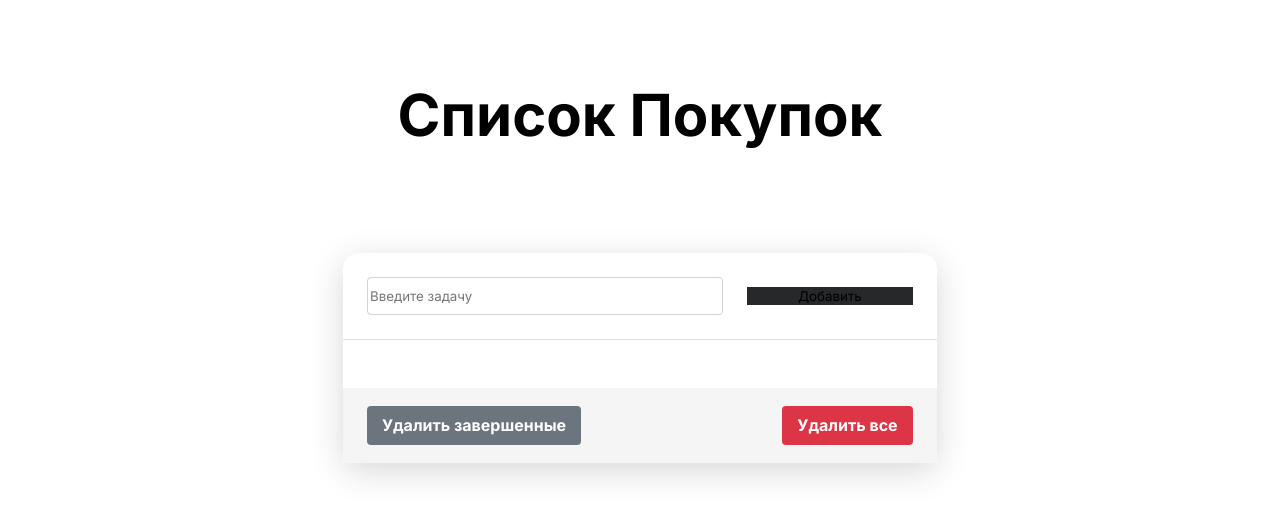
Repository: Tchistyakov/todolist
Page: /
The author's editor kept a copy of each file at every save. The page is drawn from the files as they stood at one save, then again after a run of saves.
The browser window is 1280 px wide. The pictures show the whole page.
The project was rebuilt for these pictures with package versions that can differ from the ones it lists, and the page was loaded fresh each time.

Above is the page before, as saved 2021-12-22 00:17:48.

After the next 4 saves:
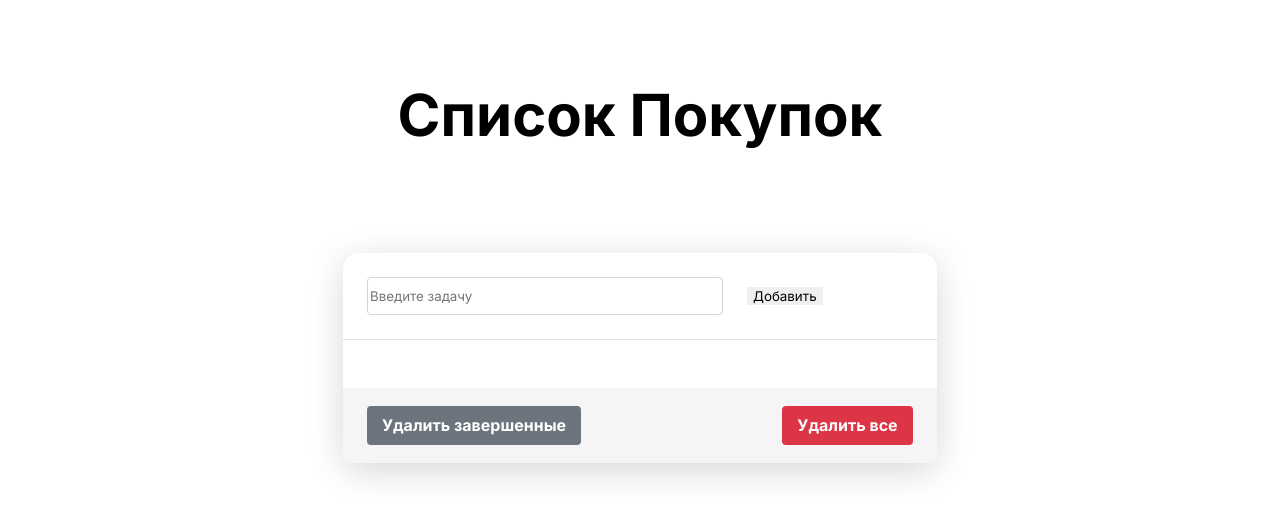
The 4 saves are shown as one change because 3 did not build or start.
The last was saved 4 min 30 s later.
--- a/src/Component/Button.js
+++ b/src/Component/Button.js
@@ -1,6 +1,6 @@
 function Button({type, children}) {
     return (
-        <button className={'btn', type}>
+        <button className={'btn' + type}>
             {children}
         </button>
     )

After the 3 saves that followed:
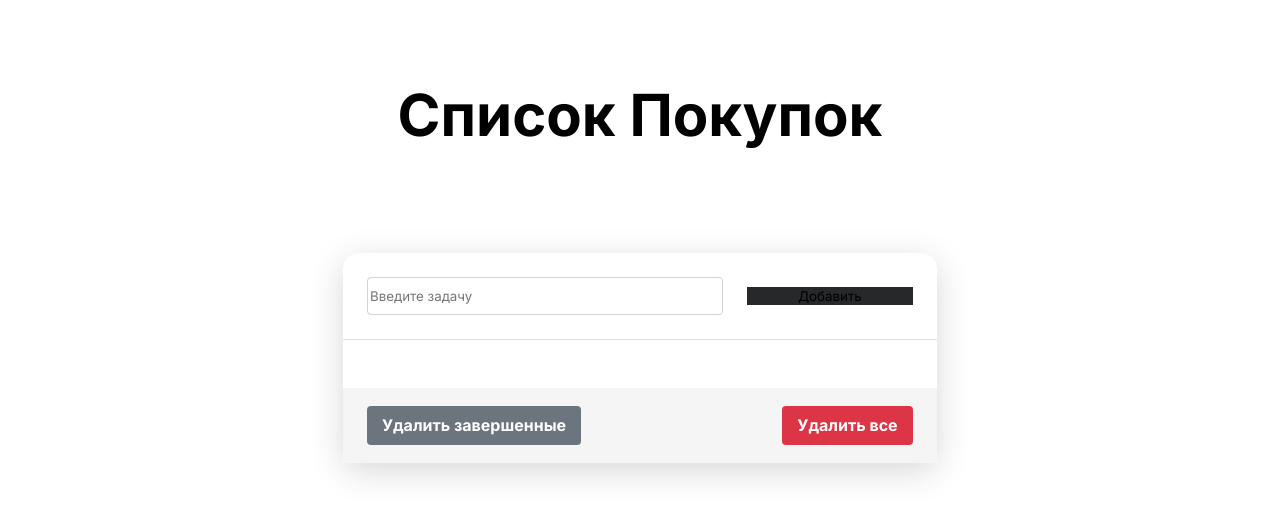
The 3 saves are shown as one change because 1 did not build or start and 1 left the picture as it was.
The last was saved 19 s later.
--- a/src/Component/Button.js
+++ b/src/Component/Button.js
@@ -1,6 +1,6 @@
 function Button({type, children}) {
     return (
-        <button className={'btn' + type}>
+        <button className={`btn' + ${type}`}>
             {children}
         </button>
     )
